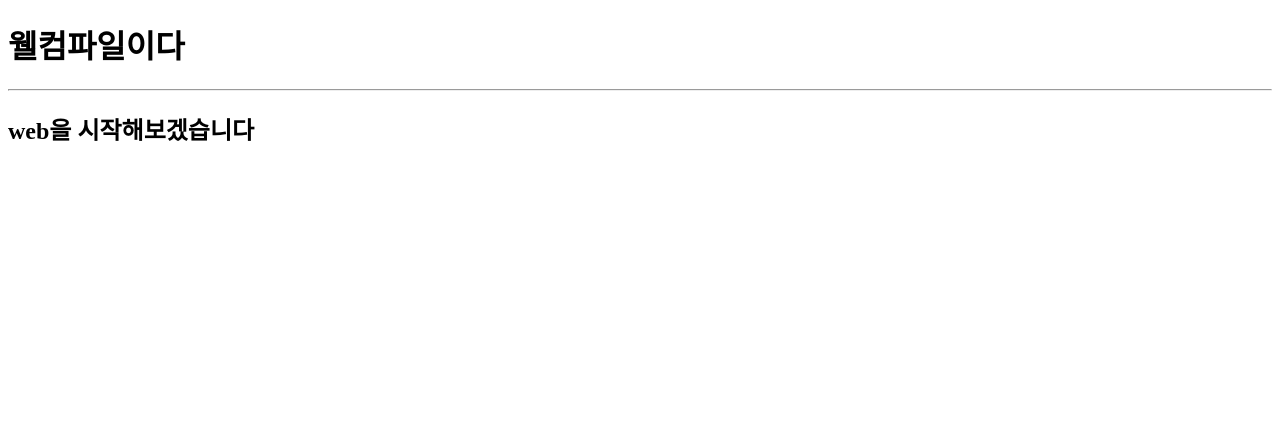
Repository: 1018lmh-hub/java_dynamic
Page: MyFirstWebProject/src/main/webapp/index.html
An editor plug-in stored every save of this project. The page is shown before and after the next save, followed by the edit.
The browser window is 1280 px wide. The pictures show the whole page.

Above is the page before, as saved 2026-05-04 03:20:19.

After the next save:
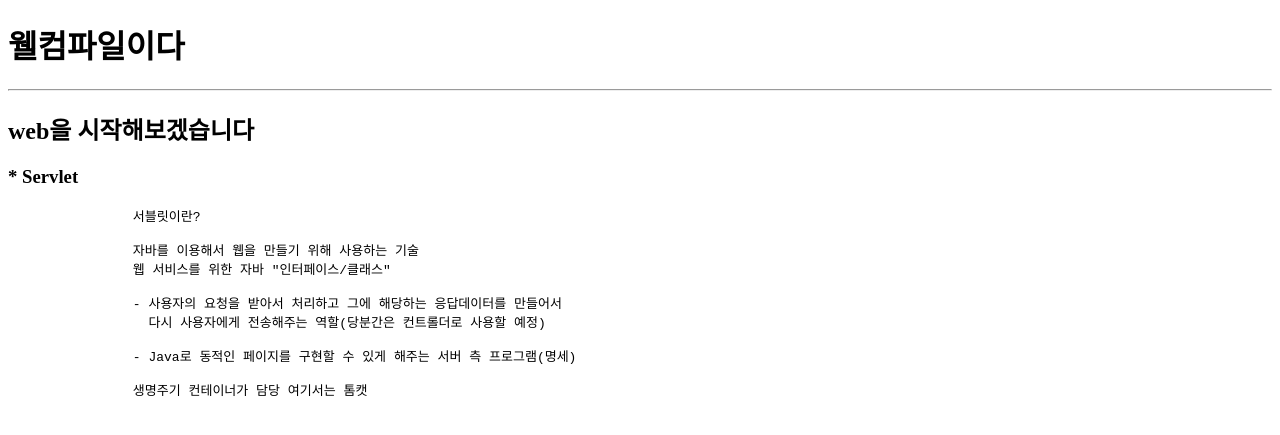
Saved 5 min 2 s later.
--- a/MyFirstWebProject/src/main/webapp/index.html
+++ b/MyFirstWebProject/src/main/webapp/index.html
@@ -56,6 +56,24 @@
 
 	 <h2> web을 시작해보겠습니다</h2>
 
+	 <h3>* Servlet</h3>
+
+	 <pre>
+	 	서블릿이란?
+
+	 	자바를 이용해서 웹을 만들기 위해 사용하는 기술
+	 	웹 서비스를 위한 자바 "인터페이스/클래스"
+
+	 	- 사용자의 요청을 받아서 처리하고 그에 해당하는 응답데이터를 만들어서
+	 	  다시 사용자에게 전송해주는 역할(당분간은 컨트롤더로 사용할 예정)
+
+	 	- Java로 동적인 페이지를 구현할 수 있게 해주는 서버 측 프로그램(명세)
+
+	 	생명주기 컨테이너가 담당 여기서는 톰캣
+	 </pre>
+
+
+
 
 </body>
 </html>
